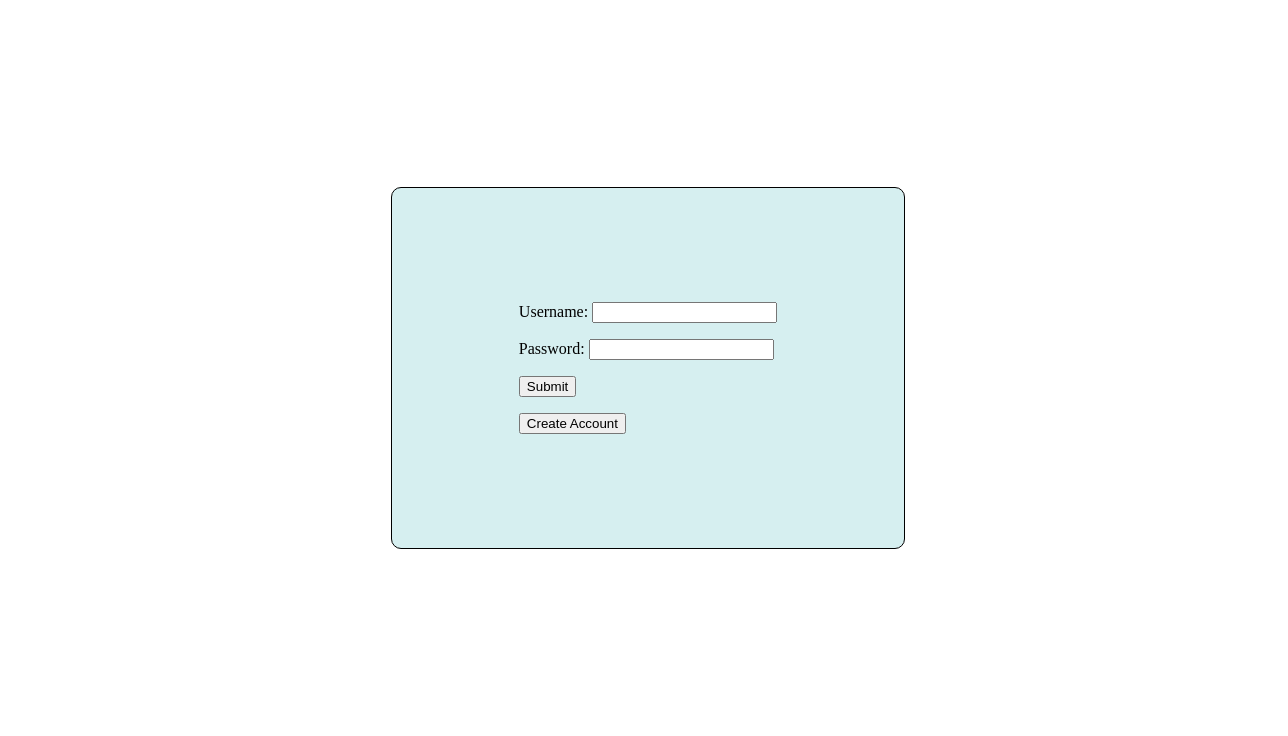
Repository: Jtho28/4830-group-project
Page: Esports-webproj/src/main/webapp/WEB-INF/Login.html
These files come from the project's save history. The page is drawn as it stood at one moment and after the next save; the edit follows.
The browser window is 1280 px wide. The page is 1288 px wide, so the pictures cover 1288 px, including what lies to the right of the window. The pictures show the whole page.

Above is the page before, as saved 2022-11-16 20:48:05.

### Esports-webproj/src/main/webapp/WEB-INF/Login.html
<!DOCTYPE html>
<html>
<head>
<meta charset="UTF-8">
<title>Login</title>
<link rel="stylesheet" href="login.css">
</head>
<body>
<div class="login">
<form action="Login" method="post">
<p>Username: <input type="text" name="username" /></p>
<p>Password: <input type="password" name="password" /></p>
<p><input type="submit" /></p>
<p><button type="button">
Create Account
</button>
</form>
</div>
</body>
</html>

### Esports-webproj/src/main/webapp/WEB-INF/login.css
@charset "UTF-8";

body {
	display: flex;
	align-items: center;
	justify-content: center;
	height: 100vh;
	width: 100vw;

}

.login {
	height: 50vh;
	width: 40vw;
	display: flex;
	align-items: center;
	justify-content: center;
	border: 1px solid black;
	border-radius: 10px;
	background: rgba(50, 176, 181, .2);
}

h1 {
	color: yellow;
	margin-left: 20px;
}

After the next save:
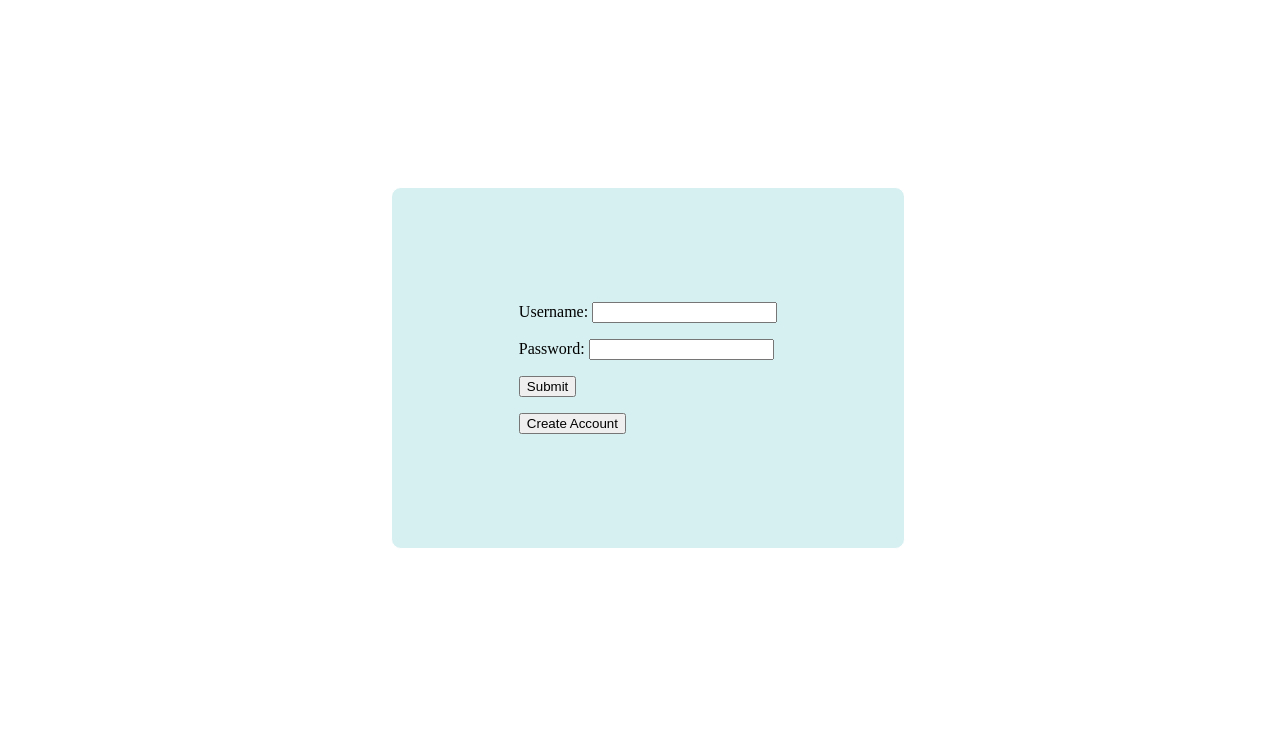
Saved 97 s later.
--- a/Esports-webproj/src/main/webapp/WEB-INF/login.css
+++ b/Esports-webproj/src/main/webapp/WEB-INF/login.css
@@ -15,7 +15,7 @@ body {
 	display: flex;
 	align-items: center;
 	justify-content: center;
-	border: 1px solid black;
+	border: 1px solid white;
 	border-radius: 10px;
 	background: rgba(50, 176, 181, .2);
 }
